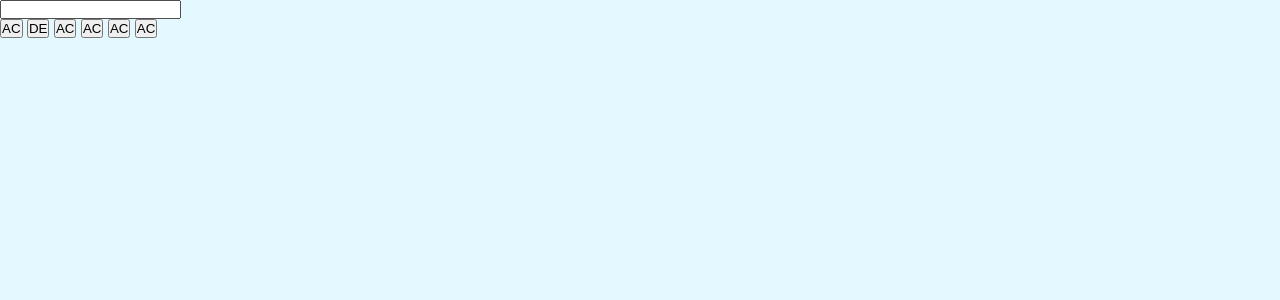
Repository: Anureet23/Calculator
Page: index.html
These files come from the project's save history. The page is drawn as it stood at one moment and after a run of saves; the edit follows.
The browser window is 1280 px wide. The pictures show the whole page.

Above is the page before, as saved 2023-02-07 22:42:55.

After the next 2 saves:
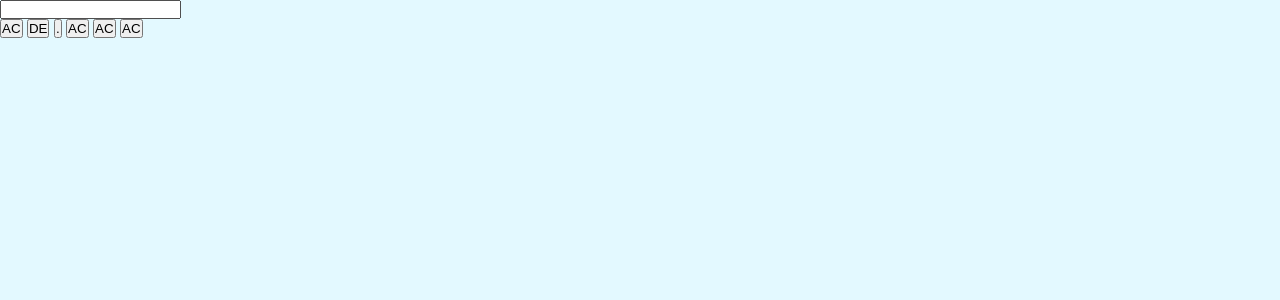
The 2 saves are shown as one change because they came seconds apart.
The last was saved 10 s later.
--- a/index.html
+++ b/index.html
@@ -15,7 +15,7 @@
        <div>
            <input type="button" value="AC">
            <input type="button" value="DE">
-           <input type="button" value="AC">
+           <input type="button" value=".">
            <input type="button" value="AC">
            <input type="button" value="AC">
            <input type="button" value="AC">
